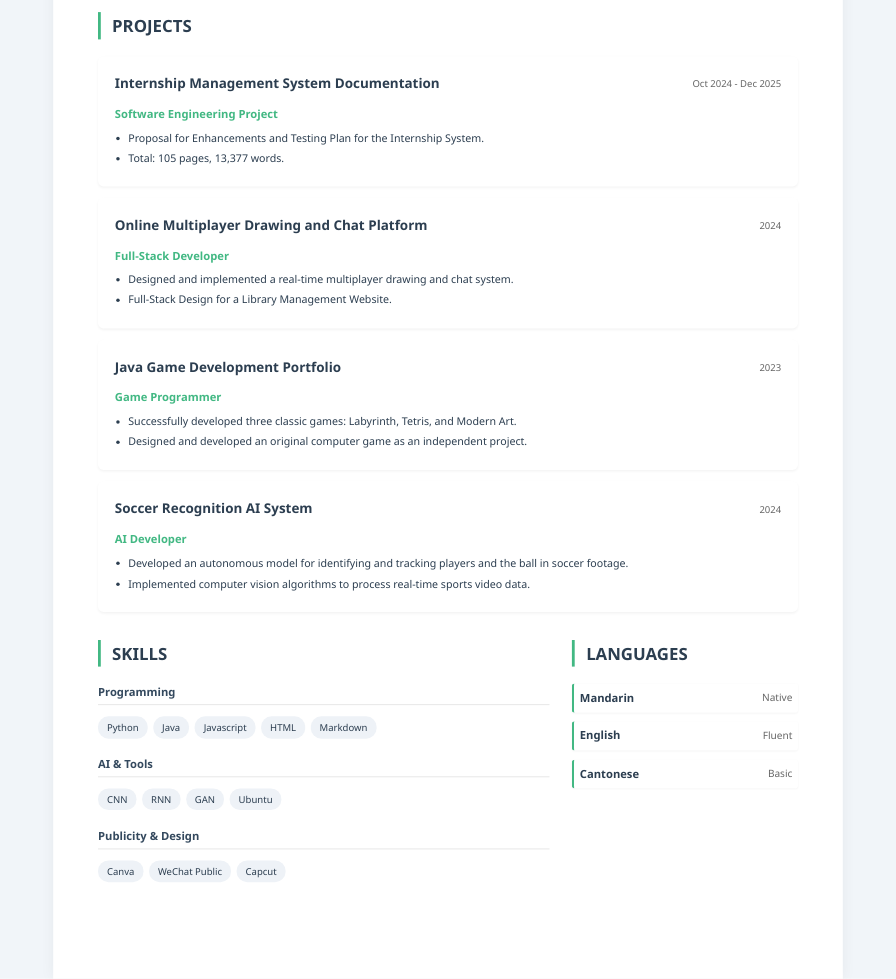
Repository: hhl2802149944-afk/hhl2802149944-afk.github.io
Page: /
An editor plug-in stored every save of this project. The page is shown before and after the next save, followed by the edit.
The browser window is 1280 px wide. The pictures show the part of the page from y = 995 to 2915 px (the page is 2394 px tall before and 2915 px after), at 70% of full size.
The project was rebuilt for these pictures with package versions that can differ from the ones it lists, and the page was loaded fresh each time. Also part of the build but not shown: vite.config.js.

Above is the page before, as saved 2026-01-19 14:47:56.

After the next save:
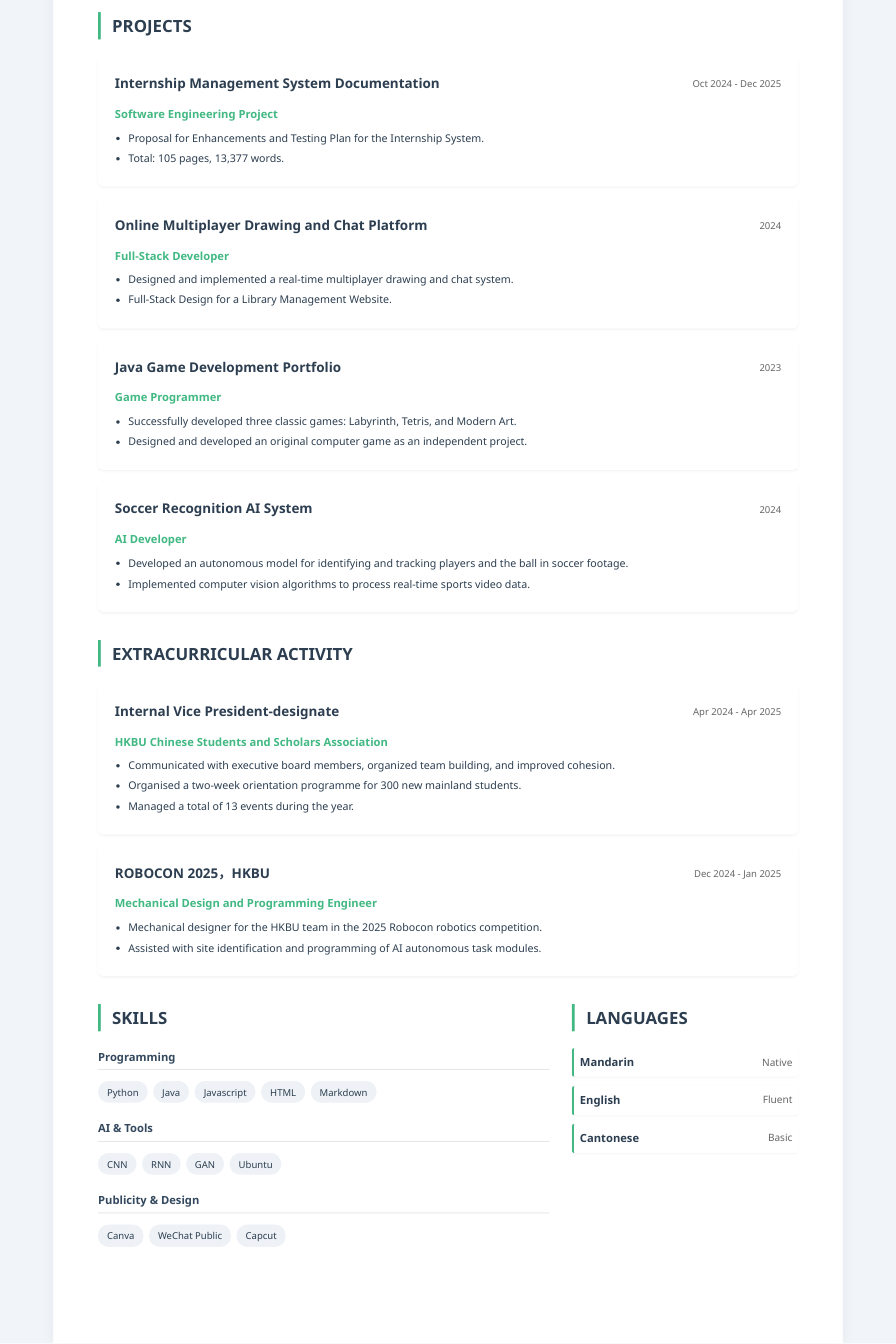
Saved 4 s later.
--- a/src/views/HomeView.vue
+++ b/src/views/HomeView.vue
@@ -144,6 +144,14 @@ const resumeData = {
       />
     </ResumeSection>
 
+    <ResumeSection title="Extracurricular Activity">
+      <ProjectCard
+        v-for="(item, index) in resumeData.extracurricular"
+        :key="index"
+        :project="item"
+      />
+    </ResumeSection>
+
     <div class="skills-lang-grid">
       <ResumeSection title="Skills">
         <div class="skills-grid">
